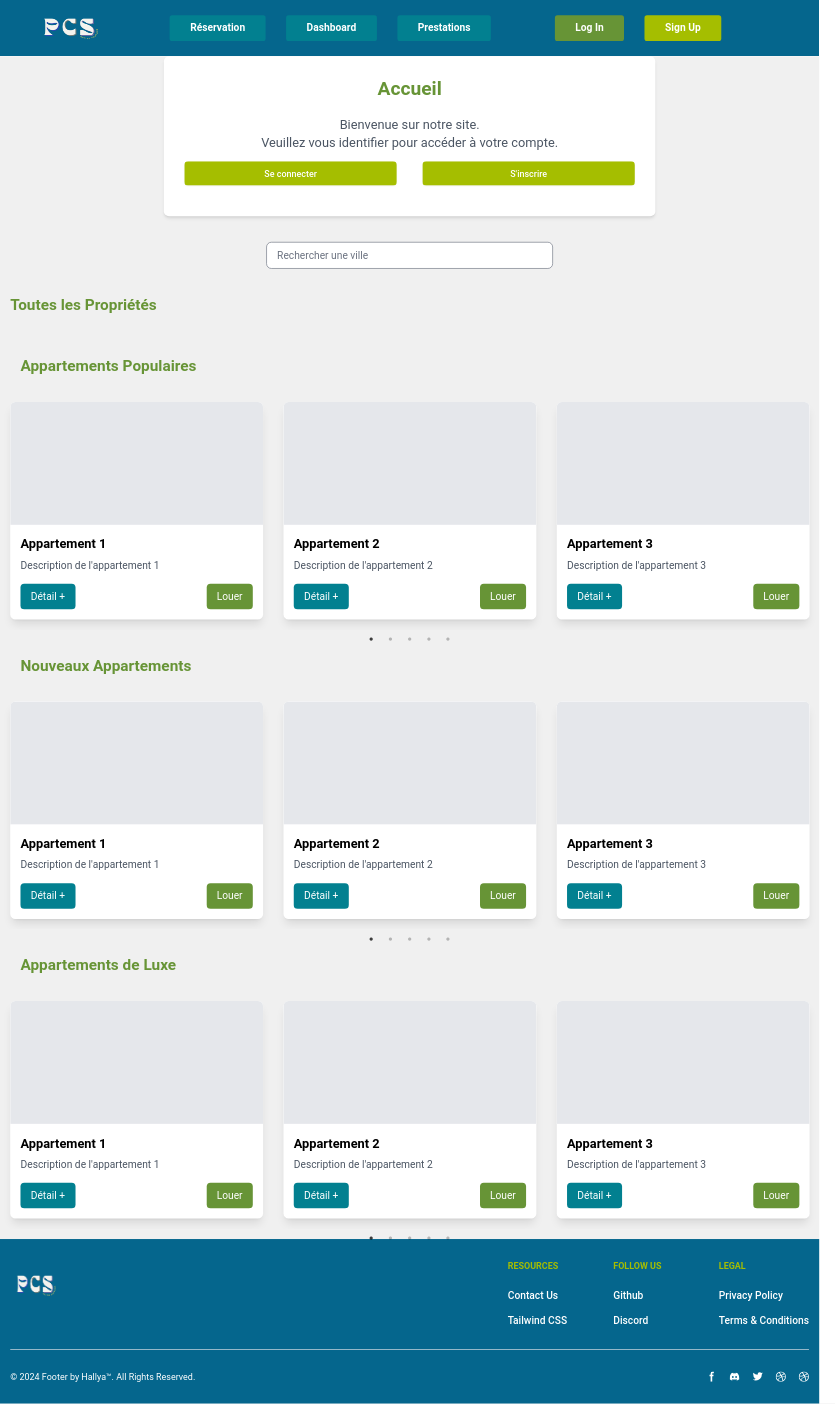
Repository: HATTOUNGBRE/ProjetAnnuel2
Page: /logout (app in FRONT/)
These files come from the project's save history. The page is drawn as it stood at one moment and after the next save; the edit follows.
The browser window is 1280 px wide. The page is 1305 px wide, so the pictures cover 1305 px, including what lies to the right of the window. The pictures show the whole page, at 64% of full size.
The page's requests for data from a server got no answer. The project was rebuilt for these pictures with package versions that can differ from the ones it lists, and the page was loaded fresh each time. No one was signed in, and anything a server would have sent is missing. Also part of the build but not shown: FRONT/vite.config.js, FRONT/src/components/PropertyCard.jsx, FRONT/src/components/Contact.jsx, FRONT/src/components/CatUser.jsx, FRONT/src/components/Login.jsx, FRONT/src/components/prestataire/PrestataireType.jsx, FRONT/src/components/prestataire/PrestataireDetails.jsx, FRONT/src/components/Account.jsx and 14 more.

Above is the page before, as saved 2024-06-27 15:06:14.

After the next save:
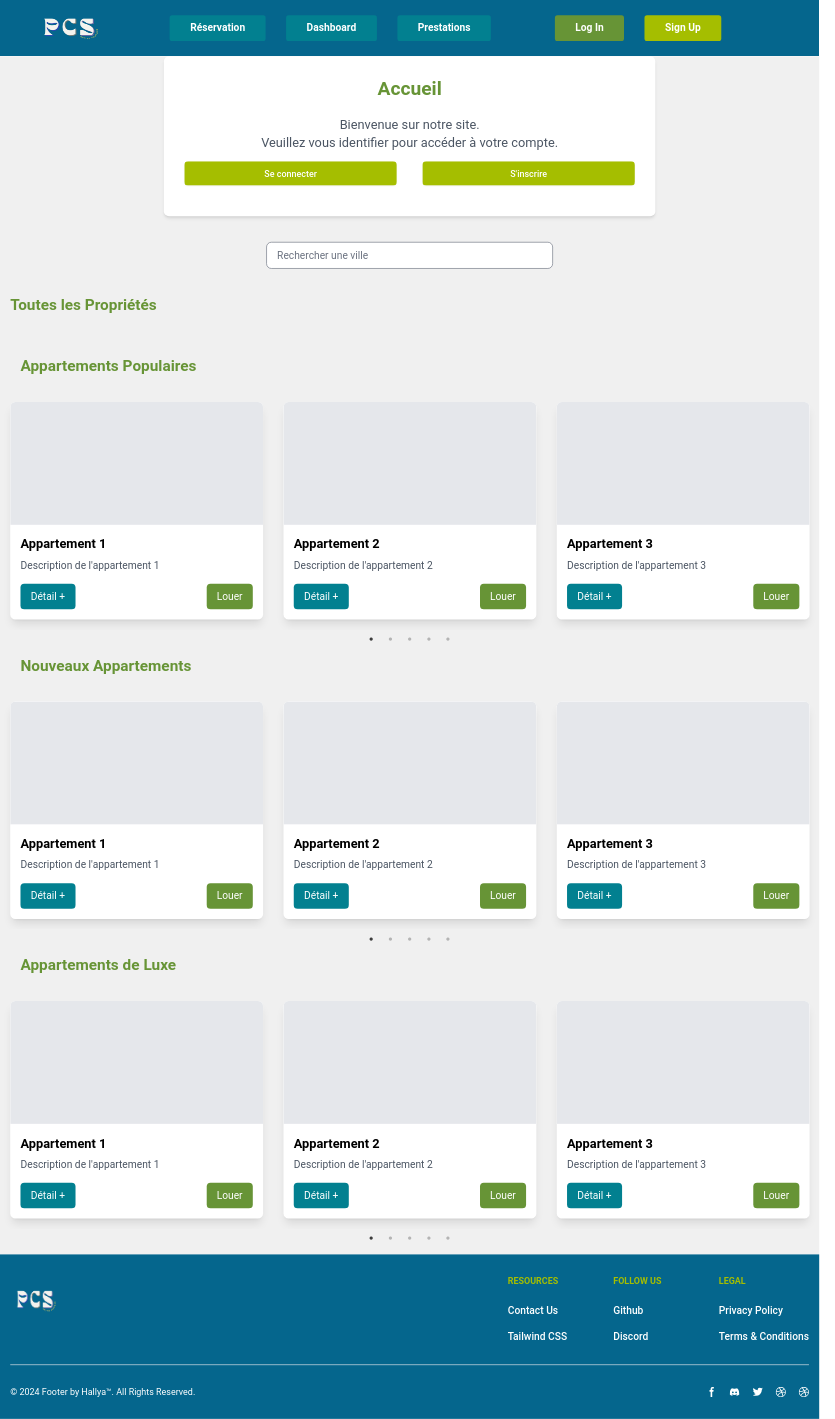
Saved 5 s later.
--- a/FRONT/src/components/Main.jsx
+++ b/FRONT/src/components/Main.jsx
@@ -145,7 +145,7 @@ function Main() {
         </Slider>
       </div>
 
-      <div className="mt-10 mb-4 w-full">
+      <div className="mt-10 mb-10 w-full">
         <h2 className=" ml-8 text-2xl font-semibold text-pcs-400 mb-6">Appartements de Luxe</h2>
         <Slider {...sliderSettings}>
           {[1, 2, 3, 4, 5].map(item => (
